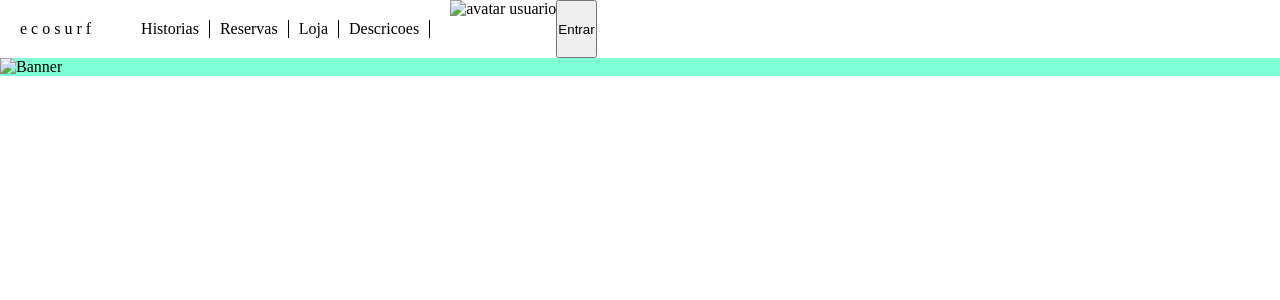
Repository: jorgprado/html-css-js
Page: blog-ecosurf/index.html
An editor plug-in stored every save of this project. The page is shown before and after a run of saves, followed by the edit.
The browser window is 1280 px wide. The pictures show the whole page.

Above is the page before, as saved 2023-05-15 21:52:23.

After the next 3 saves:
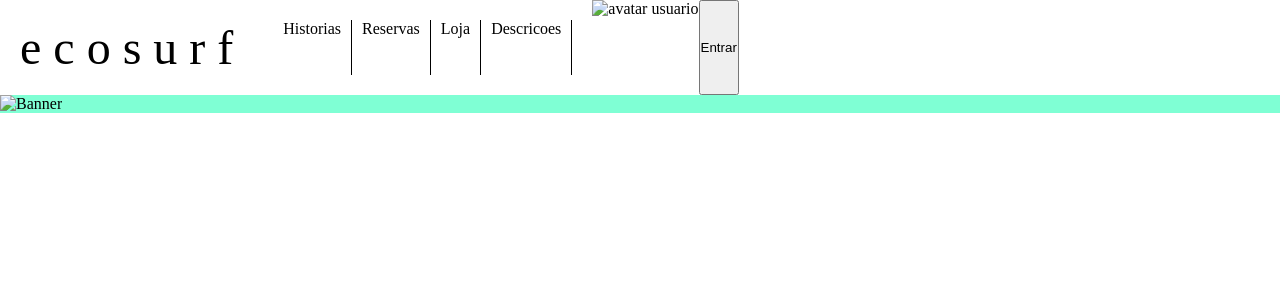
The 3 saves are shown as one change because they came seconds apart.
The last was saved 8 s later.
--- a/blog-ecosurf/css/style.css
+++ b/blog-ecosurf/css/style.css
@@ -11,7 +11,7 @@ header {
 
 .logo{
     padding: 20px 20px;
-
+    font-size: 3em;
 }
 
 header menu{
